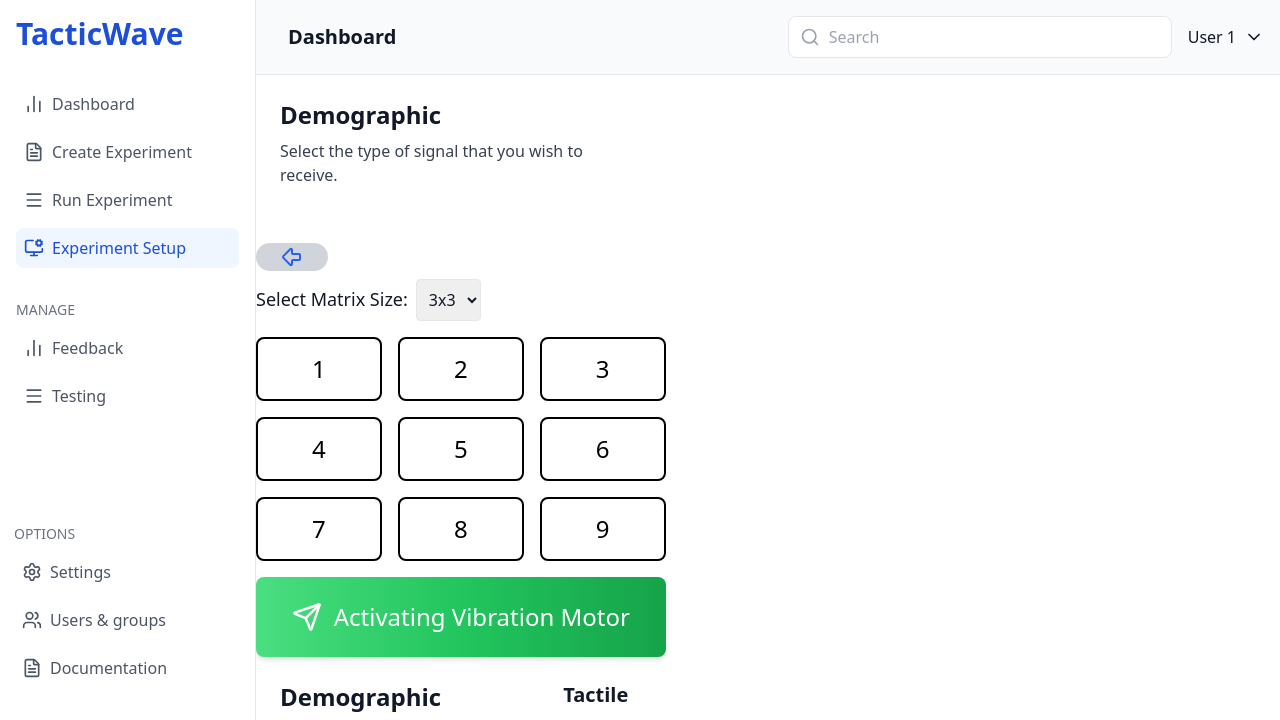
Repository: Nguyenle23/TacticWave
Page: /setup (app in Client/)
These files come from the project's save history. The page is drawn as it stood at one moment and after the next save; the edit follows.
The browser window is 1280 px wide. The pictures show the whole page.
An inner scrolling area shows only its first screen. The project was rebuilt for these pictures with package versions that can differ from the ones it lists, and the page was loaded fresh each time. Also part of the build but not shown: Client/vite.config.js, Client/src/components/commons/Modal.jsx, Client/src/components/dashboard/ExperimentList/ExperimentItem.jsx, Client/src/components/dashboard/ExperimentList/ExperimentList.jsx, Client/src/components/dashboard/Statistics/StatisticsCard.jsx, Client/src/components/dashboard/Statistics/Statistics.jsx, Client/src/components/dashboard/Dashboard.jsx, Client/src/pages/DashboardPage.jsx and 7 more.

Above is the page before, as saved 2024-12-06 20:18:14.

After the next save:
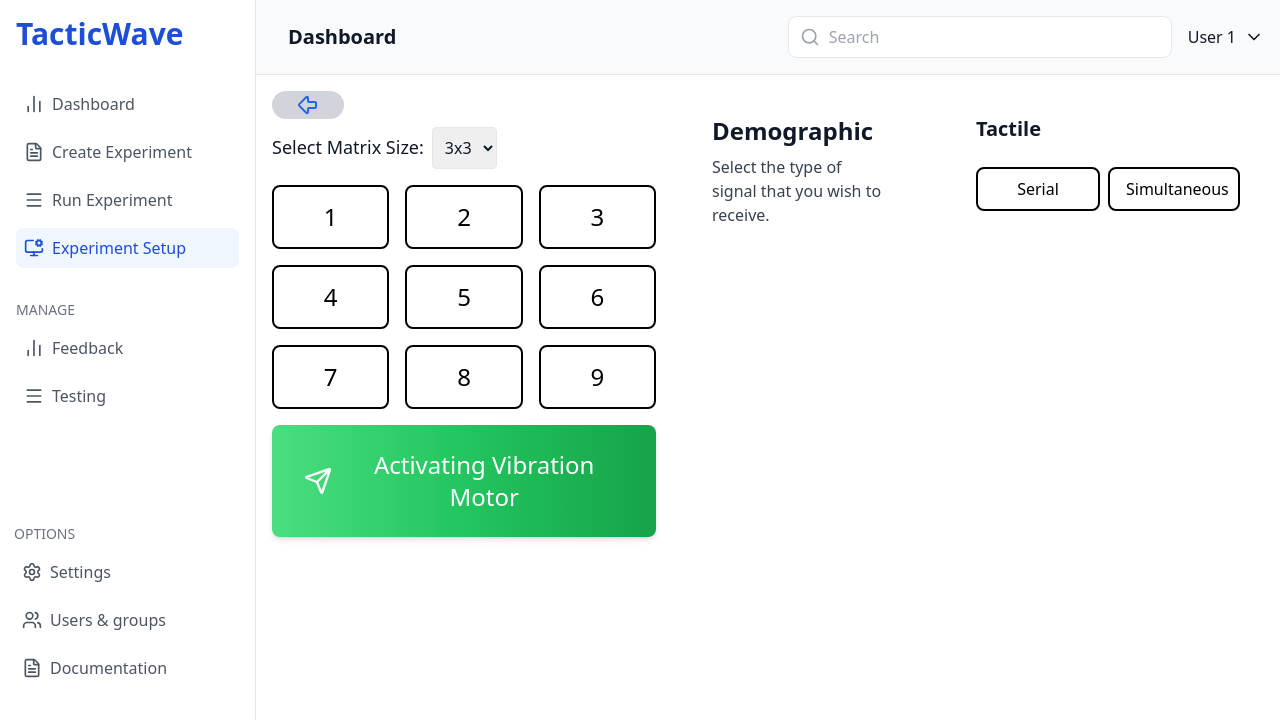
Saved 18 h 47 min later.
--- a/Client/src/components/dashboard/ExperimentSetup/ExperimentSetup.jsx
+++ b/Client/src/components/dashboard/ExperimentSetup/ExperimentSetup.jsx
@@ -150,20 +150,7 @@ export const ExperimentSetup = () => {
   };
 
   return (
-    <div className="flex flex-row md:flex-col">
-      <div className="flex justify-between items-start p-6">
-        {/* Phần "hello" bên trái */}
-        <div className="w-4/12">
-          <h1 className="text-2xl font-bold mb-2">Demographic</h1>
-          <p className="text-gray-700">
-            Select the type of signal that you wish to receive.
-          </p>
-        </div>
-      </div>
-      <div className="flex flex-row md:flex-col w-full h-fit bg-gray-10 gap-8 my-4 px-4">
-
-      </div>
-      {/* Setup demographic*/}
+    <div className="flex flex-col md:flex-row w-full h-fit bg-gray-10 gap-8 my-4 px-4">
       <div className="md:w-2/5 w-full">
         {/* Top navigation and action buttons */}
         <div className="flex items-center justify-between mb-2">
